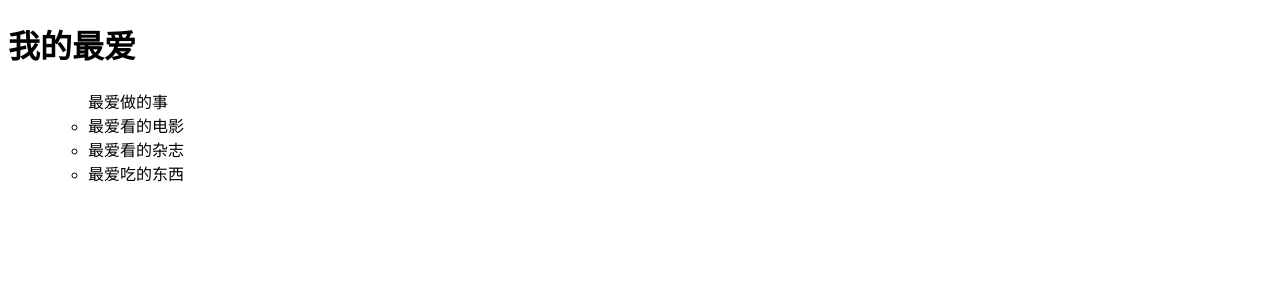
Repository: kirtonew/Compeititon2022-1
Page: node/test.html
The author's editor kept a copy of each file at every save. The page is drawn from the files as they stood at one save, then again after the next save.
The browser window is 1280 px wide. The pictures show the whole page.

Above is the page before, as saved 2022-09-05 14:33:26.

After the next save:
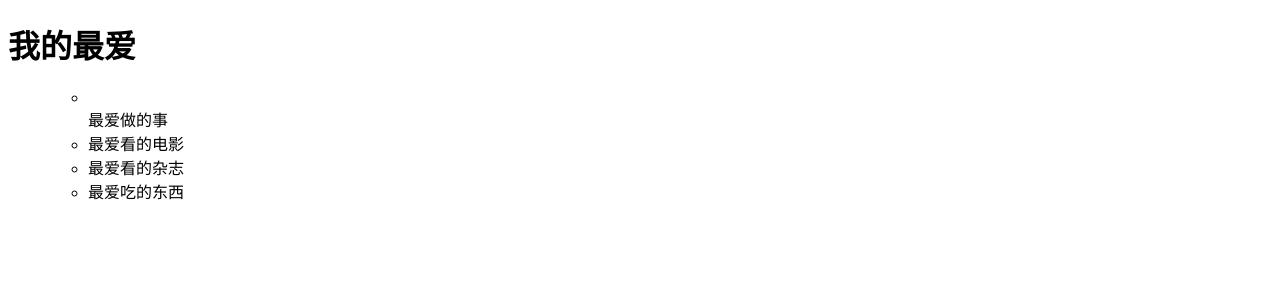
Saved 15 s later.
--- a/node/test.html
+++ b/node/test.html
@@ -11,7 +11,8 @@
 
 
     <ul>
-        <ul>最爱做的事</li>
+        <ul>
+            <li></li>最爱做的事</li>
 
         <li>最爱看的电影</li>
         <li>最爱看的杂志</li>

After the save that followed:
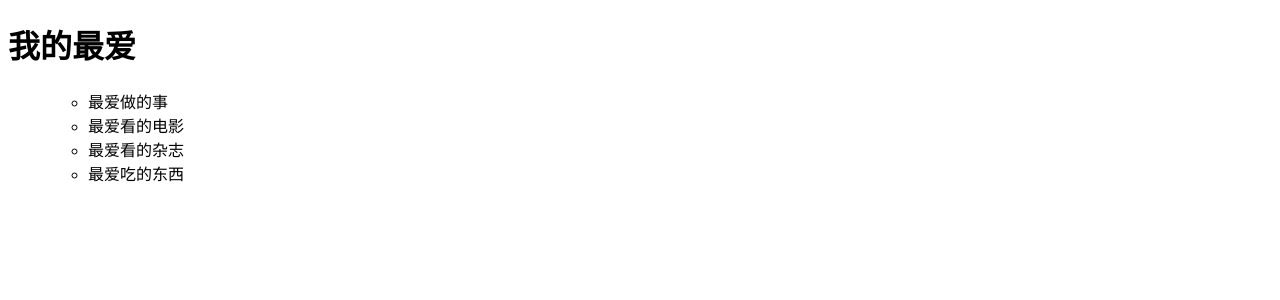
Saved 3 s later.
--- a/node/test.html
+++ b/node/test.html
@@ -12,7 +12,7 @@
 
     <ul>
         <ul>
-            <li></li>最爱做的事</li>
+            <li>最爱做的事</li>
 
         <li>最爱看的电影</li>
         <li>最爱看的杂志</li>
